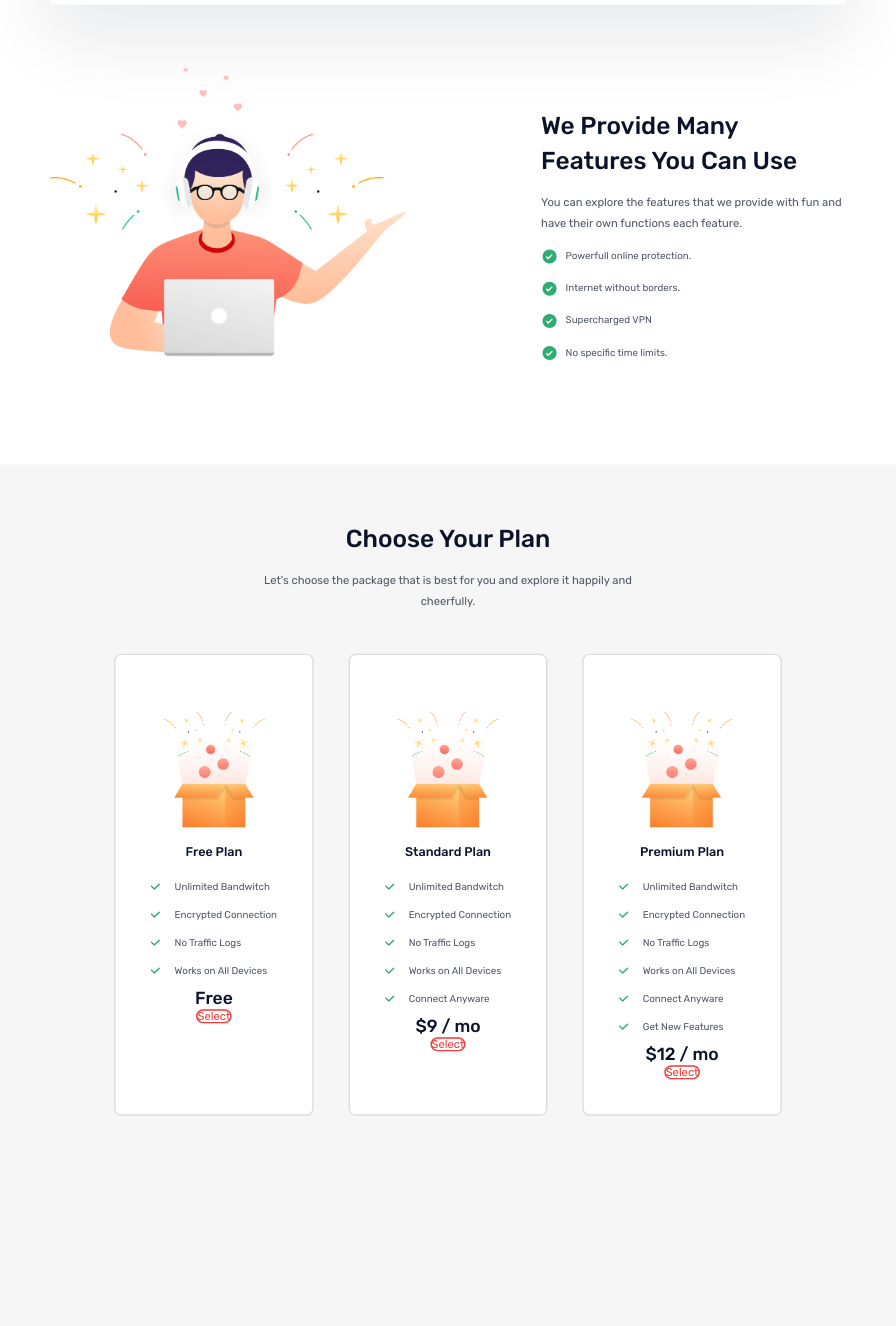
Repository: thefellowshiplotr/lasles_recode
Page: index.html
An editor plug-in stored every save of this project. The page is shown before and after the next save, followed by the edit.
The browser window is 1280 px wide. The pictures show the part of the page from y = 827 to 2747 px (the page is 2721 px tall before and 2747 px after), at 70% of full size.
The style sheet was rebuilt from its Sass, Less or Tailwind sources for each picture, by a compiler version that may differ from the author's.

Above is the page before, as saved 2022-10-28 16:31:10.

### index.html
<!DOCTYPE html>
<html lang="en">
  <head>
    <meta charset="UTF-8" />
    <meta http-equiv="X-UA-Compatible" content="IE=edge" />
    <meta name="viewport" content="width=device-width, initial-scale=1.0" />
    <title>Lasles Vpn</title>
    <link rel="preconnect" href="https://fonts.googleapis.com" />
    <link rel="preconnect" href="https://fonts.gstatic.com" crossorigin />
    <link
      href="https://fonts.googleapis.com/css2?family=Rubik:wght@400;500;700&display=swap"
      rel="stylesheet"
    />
    <link rel="stylesheet" href="./css/app.css" />
  </head>
  <body>
    <div class="wrapper">
      <header class="header">
        <div class="container">
          <div class="header-container">
            <img srcset="./img/logo.png 2x" alt="" class="header-logo" />
            <ul class="menu">
              <li class="menu-item">
                <a href="#" class="menu-link">About</a>
              </li>
              <li class="menu-item">
                <a href="#" class="menu-link">Features</a>
              </li>
              <li class="menu-item">
                <a href="#" class="menu-link">Pricing</a>
              </li>
              <li class="menu-item">
                <a href="#" class="menu-link">Testimonials</a>
              </li>
              <li class="menu-item">
                <a href="#" class="menu-link">Help</a>
              </li>
            </ul>
            <div class="header-auth">
              <a href="#" class="header-signin">Sign In</a>
              <a href="#" class="header-signup">Sign Up</a>
            </div>
          </div>
        </div>
      </header>
    </div>
    <div class="wrapper">
      <section class="hero">
        <div class="container">
          <div class="hero-container">
            <div class="hero-content">
              <h1 class="hero-heading">
                Want anything to be easy with
                <strong class="hero-laslesvpn">LaslesVPN.</strong>
              </h1>
              <p class="hero-desc">
                Provide a network for all your needs with ease and fun using
                <strong class="hero-laslesvpn2">LaslesVPN</strong> discover
                interesting features from us.
              </p>
            </div>
            <div class="hero-btn">
              <a href="" class="button button-primary">Get Started</a>
            </div>
            <div class="hero-img">
              <img srcset="./img/hero-image.png 2x" alt="" />
            </div>
          </div>
        </div>
      </section>
    </div>
    <div class="wrapper">
      <section class="intro">
        <div class="container">
          <div class="intro-container">
            <div class="intro-item">
              <div class="intro-icon">
                <img srcset="./img/user.png 2x" alt="" />
              </div>
              <div class="intro-info">
                <div class="intro-title">90+</div>
                <p class="intro-text">Users</p>
              </div>
            </div>
            <div class="intro-item">
              <div class="intro-icon">
                <img srcset="./img/location.png 2x" alt="" />
              </div>
              <div class="intro-info">
                <div class="intro-title">30+</div>
                <p class="intro-text">Locations</p>
              </div>
            </div>
            <div class="intro-item">
              <div class="intro-icon">
                <img srcset="./img/server.png 2x" alt="" />
              </div>
              <div class="intro-info">
                <div class="intro-title">50+</div>
                <p class="intro-text">Servers</p>
              </div>
            </div>
          </div>
        </div>
      </section>
    </div>
    <div class="wrapper">
      <section class="feature">
        <div class="container">
          <div class="feature-container">
            <img
              srcset="./img/feature-image.png 2x"
              alt=""
              class="feature-img"
            />
            <div class="feature-content">
              <h2 class="feature-heading">
                We Provide Many Features You Can Use
              </h2>
              <p class="feature-desc">
                You can explore the features that we provide with fun and have
                their own functions each feature.
              </p>
              <div class="feature-list">
                <div class="feature-item">
                  <img src="./img/icon-check.svg" alt="" />
                  <span>Powerfull online protection.</span>
                </div>
                <div class="feature-item">
                  <img src="./img/icon-check.svg" alt="" />
                  <span>Internet without borders.</span>
                </div>
                <div class="feature-item">
                  <img src="./img/icon-check.svg" alt="" />
                  <span>Supercharged VPN</span>
                </div>
                <div class="feature-item">
                  <img src="./img/icon-check.svg" alt="" />
                  <span>No specific time limits.</span>
                </div>
              </div>
            </div>
          </div>
        </div>
      </section>
    </div>
    <div class="wrapper background-plan">
      <section class="plan">
        <div class="container">
          <div class="plan-container">
            <div class="plan-header">
              <h2 class="plan-heading">Choose Your Plan</h2>
              <p class="plan-desc">
                Let's choose the package that is best for you and explore it
                happily and cheerfully.
              </p>
            </div>
            <div class="plan-list">
              <div class="plan-item">
                <div class="plan-img">
                  <img srcset="./img/plan.png 2x" alt="" />
                </div>
                <div class="plan-title">Free Plan</div>
                <div class="plan-details">
                  <div class="plan-info">
                    <img
                      src="./img/icon-check-line.svg"
                      alt=""
                      class="plan-icon"
                    />
                    <span>Unlimited Bandwitch</span>
                  </div>
                  <div class="plan-info">
                    <img
                      src="./img/icon-check-line.svg"
                      alt=""
                      class="plan-icon"
                    />
                    <span>Encrypted Connection</span>
                  </div>
                  <div class="plan-info">
                    <img
                      src="./img/icon-check-line.svg"
                      alt=""
                      class="plan-icon"
                    />
                    <span>No Traffic Logs</span>
                  </div>
                  <div class="plan-info">
                    <img
                      src="./img/icon-check-line.svg"
                      alt=""
                      class="plan-icon"
                    />
                    <span>Works on All Devices</span>
                  </div>
                </div>
                <h3 class="plan-price">Free</h3>
                <a href="" class="button button-rounded">Select</a>
              </div>
              <div class="plan-item">
                <div class="plan-img">
                  <img srcset="./img/plan.png 2x" alt="" />
                </div>
                <div class="plan-title">Standard Plan</div>
                <div class="plan-details">
                  <div class="plan-info">
                    <img
                      src="./img/icon-check-line.svg"
                      alt=""
                      class="plan-icon"
                    />
                    <span>Unlimited Bandwitch</span>
                  </div>
                  <div class="plan-info">
                    <img
                      src="./img/icon-check-line.svg"
                      alt=""
                      class="plan-icon"
                    />
                    <span>Encrypted Connection</span>
                  </div>
                  <div class="plan-info">
                    <img
                      src="./img/icon-check-line.svg"
                      alt=""
                      class="plan-icon"
                    />
                    <span>No Traffic Logs</span>
                  </div>
                  <div class="plan-info">
                    <img
                      src="./img/icon-check-line.svg"
                      alt=""
                      class="plan-icon"
                    />
                    <span>Works on All Devices</span>
                  </div>
                  <div class="plan-info">
                    <img
                      src="./img/icon-check-line.svg"
                      alt=""
                      class="plan-icon"
                    />
                    <span>Connect Anyware</span>
                  </div>
                </div>
                <h3 class="plan-price">$9 / mo</h3>
                <a href="" class="button button-rounded">Select</a>
              </div>
              <div class="plan-item">
                <div class="plan-img">
                  <img srcset="./img/plan.png 2x" alt="" />
                </div>
                <div class="plan-title">Premium Plan</div>
                <div class="plan-details">
                  <div class="plan-info">
                    <img
                      src="./img/icon-check-line.svg"
                      alt=""
                      class="plan-icon"
                    />
                    <span>Unlimited Bandwitch</span>
                  </div>
                  <div class="plan-info">
                    <img
                      src="./img/icon-check-line.svg"
                      alt=""
                      class="plan-icon"
                    />
                    <span>Encrypted Connection</span>
                  </div>
                  <div class="plan-info">
                    <img
                      src="./img/icon-check-line.svg"
                      alt=""
                      class="plan-icon"
                    />
                    <span>No Traffic Logs</span>
                  </div>
                  <div class="plan-info">
                    <img
                      src="./img/icon-check-line.svg"
                      alt=""
                      class="plan-icon"
                    />
                    <span>Works on All Devices</span>
                  </div>
                  <div class="plan-info">
                    <img
                      src="./img/icon-check-line.svg"
                      alt=""
                      class="plan-icon"
                    />
                    <span>Connect Anyware</span>
                  </div>
                  <div class="plan-info">
                    <img
                      src="./img/icon-check-line.svg"
                      alt=""
                      class="plan-icon"
                    />
                    <span>Get New Features</span>
                  </div>
                </div>
                <h3 class="plan-price">$12 / mo</h3>
                <a href="" class="button button-rounded">Select</a>
              </div>
            </div>
          </div>
        </div>
      </section>
    </div>
  </body>
</html>

### sass/app.scss
@import "reset";
@import "variables";
@import "global";
@import "header";
@import "menu";
@import "hero";
@import "intro";
@import "feature";
@import "plan";

### sass/_variables.scss
$font: "Rubik", sans-serif;
$text-color: #4f5665;
$heading-color: #0b132a;
$primary-color: #f53838;
$secondary-color: #f53855;
$gray-color: #f6f6f6;
$gray-light-color: #f8f8f8;
$gray-lighter-color: #afb5c0;

### sass/_global.scss
.wrapper {
  max-width: 1440px;
  margin: 0 auto;
}

.container {
  max-width: 1170px;
  margin: 0 auto;
  padding: 0 15px;
}

body {
  line-height: 1;
  font-family: $font;
  color: $text-color;
  font-weight: 400;
}

.button {
  &-primary {
    color: #fff;
    padding: 17px 77px;
    border: none;
    background-color: $primary-color;
    border: 1px solid;
    border-radius: 10px;
    white-space: nowrap;
  }
  &-rounded {
    color: $primary-color;
    background-color: #fff;
    border: 2px solid $primary-color;
    border-radius: 100rem;
  }
}
.background-plan {
  background-color: $gray-color;
}

### sass/_header.scss
.header {
  padding-top: 30px;
  padding-bottom: 90px;
  &-container {
    display: flex;
    justify-content: space-between;
    align-items: center;
  }
  &-auth {
    display: flex;
    align-items: center;
    gap: 0 30px;
  }
  &-signin {
    color: $heading-color;
    font-weight: 500;
    font-size: 16px;
    line-height: calc(18.96 / 16);
  }
  &-signup {
    color: $secondary-color;
    font-weight: 500;
    font-size: 16px;
    line-height: calc(18.96 / 16);
    padding: 13px 45px;
    border: 1px solid $secondary-color;
    border-radius: 50px;
    // border-radius: 100rem;
  }
}

### sass/_menu.scss
.menu {
  list-style: none;
  display: flex;
  align-items: center;
  gap: 0 40px;
  &-link {
    color: inherit;
    font-size: 16px;
    line-height: calc(18.96 / 16);
  }
}

### sass/_hero.scss
.hero {
  padding-bottom: 100px;
  &-container {
    display: flex;
    justify-content: space-between;
    align-items: center;
    position: relative;
    gap: 0 40px;
    align-items: center;
  }
  &-content {
    width: 100%;
    max-width: 555px;
    display: flex;
    align-items: center;
    flex-direction: column;
    align-content: center;
  }
  &-img {
    position: absolute;
    top: 50%;
    transform: translate(40px, -40%);
    right: 0;
  }
  &-heading {
    color: $heading-color;
    font-weight: 500;
    font-size: 50px;
    line-height: calc(70 / 50);
    margin-bottom: 20px;
  }
  &-desc {
    font-weight: 400;
    font-size: 16px;
    line-height: calc(30 / 16);
    margin-bottom: 50px;
  }
  &-laslesvpn {
    font-weight: 700;
    font-size: 50px;
    line-height: calc(70 / 50);
  }
  &-btn {
    font-weight: 700;
    font-size: 16px;
    line-height: calc(25 / 16);
    position: absolute;
    left: 0;
    bottom: -55px;
    box-shadow: 0 37px 54px 0px $primary-color;
  }
}

### sass/_intro.scss
.intro {
  padding: 57px 0;
  margin-top: 40px;
  &-container {
    background: #ffffff;
    padding: 37px 0;
    border-radius: 10px;
    box-shadow: 0 42px 114px 0 rgb(13 16 37 / 10%);
    display: grid;
    grid-template-columns: repeat(3, minmax(0, 1fr));
    grid-gap: 0 50px;
    min-height: 200px;
  }
  &-item {
    display: flex;
    align-items: center;
    justify-content: center;
    gap: 0 36.5px;
  }
  &-item:nth-child(2) {
    border-left: 2px solid #eeeff2;
    border-right: 2px solid #eeeff2;
  }
  &-title {
    color: $heading-color;
    font-weight: 700;
    font-size: 25px;
    line-height: calc(30 / 25);
  }
  &-text {
    color: $text-color;
    font-weight: 400;
    font-size: 20px;
    line-height: calc(30 / 20);
  }
}

### sass/_feature.scss
.feature {
  padding-bottom: 126px;
  &-container {
    display: flex;
    justify-content: space-between;
    align-items: center;
  }
  &-content {
    margin-top: 90px;
  }
  &-heading {
    width: 383px;
    color: $heading-color;
    font-weight: 500;
    font-size: 35px;
    line-height: calc(50 / 35);
    margin-bottom: 20px;
  }
  &-desc {
    width: 437px;
    font-weight: 400;
    font-size: 16px;
    line-height: calc(30 / 16);
    margin-bottom: 20px;
  }
  &-item {
    display: flex;
    justify-content: flex-start;
    align-items: center;
    gap: 0 10px;
    font-size: 14px;
    margin-bottom: 21px;
  }
}

### sass/_plan.scss
.plan {
  padding-bottom: 150px;
  &-container {
    display: flex;
    align-items: center;
    justify-content: center;
    text-align: center;
    flex-direction: column;
  }
  &-header {
    margin-top: 80px;
  }
  &-heading {
    color: $heading-color;
    font-weight: 500;
    font-size: 35px;
    line-height: calc(50 / 35);
    margin-bottom: 20px;
  }
  &-desc {
    width: 555px;
    font-weight: 40;
    font-size: 16px;
    line-height: calc(30 / 16);
  }
  &-list {
    margin-top: 60px;
    display: grid;
    grid-template-columns: repeat(3, 1fr);
    grid-gap: 0 50px;
    margin-bottom: 150px;
  }
  &-item {
    background-color: #fff;
    border: 2px solid #dddddd;
    border-radius: 10px;
    padding: 80px 50px 50px;
    display: flex;
    flex-direction: column;
    align-items: center;
  }
  &-title {
    color: $heading-color;
    margin-top: 20px;
    margin-bottom: 20px;
    font-weight: 500;
    font-size: 18px;
    line-height: calc(30 / 18);
  }
  &-info {
    display: flex;
    align-items: center;
    gap: 0 20px;
    margin-bottom: 10px;
    font-size: 14px;
    line-height: calc(30 / 14);
  }
  &-price {
    color: $heading-color;
    font-weight: 500;
    font-size: 25px;
    line-height: calc(30 / 25);
  }
}

Loaded but not shown: sass/_reset.scss (common file)

After the next save:
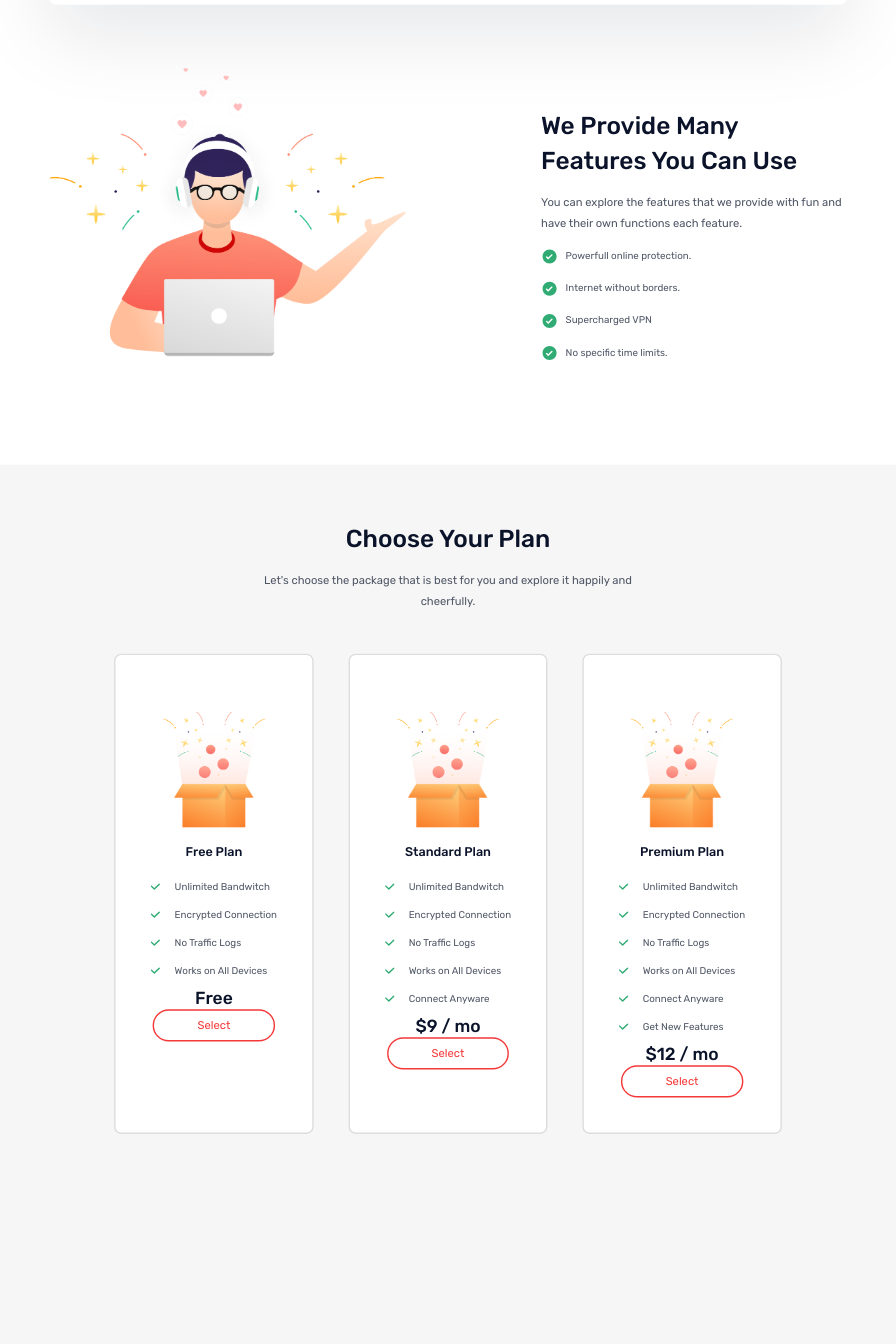
Saved 25 s later.
--- a/sass/_global.scss
+++ b/sass/_global.scss
@@ -31,6 +31,7 @@
     background-color: #fff;
     border: 2px solid $primary-color;
     border-radius: 100rem;
+    padding: 13px 62px;
   }
 }
 .background-plan {
